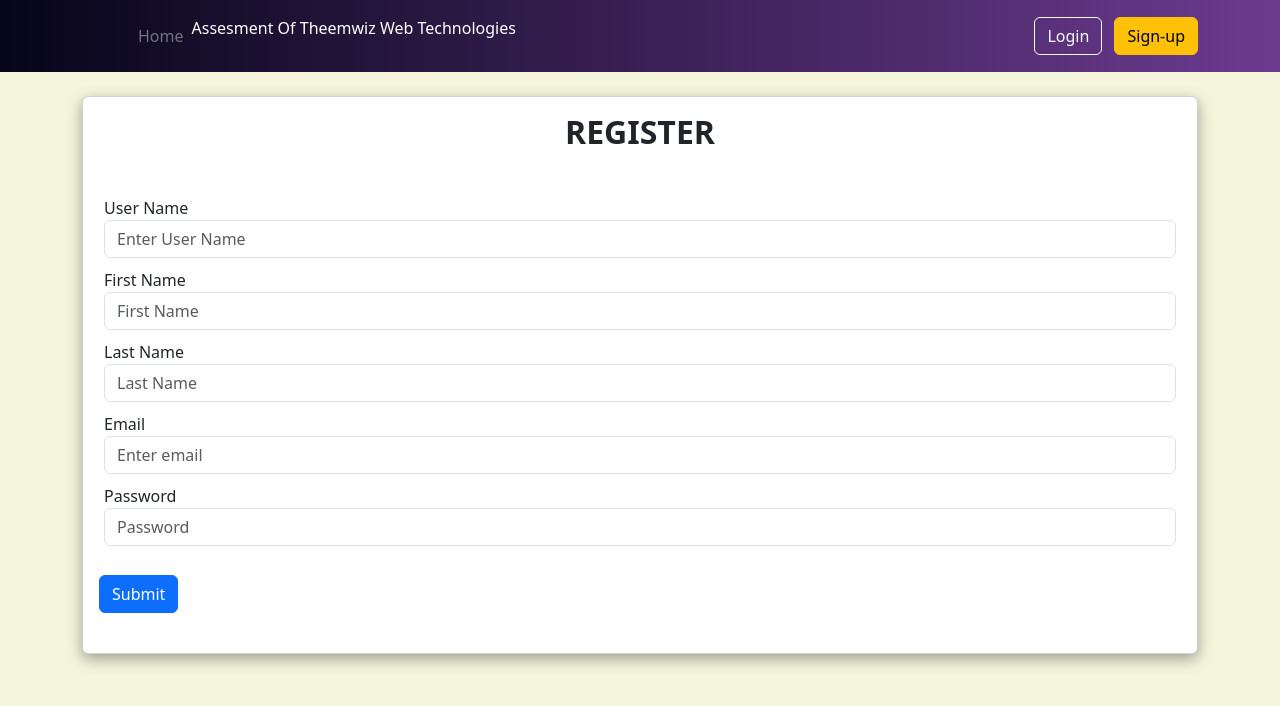
Repository: professorsourabh/php_membership
Page: index.html
These files come from the project's save history. The page is drawn as it stood at one moment and after the next save; the edit follows.
The browser window is 1280 px wide. The pictures show the whole page.

Above is the page before, as saved 2023-07-08 17:30:23.

### index.html
<html lang="en">
<head>
    <meta charset="UTF-8">
    <meta name="viewport" content="width=device-width, initial-scale=1.0">
    <title>Assesment</title>
    <link href="https://cdn.jsdelivr.net/npm/bootstrap@5.3.0/dist/css/bootstrap.min.css" rel="stylesheet" integrity="sha384-9ndCyUaIbzAi2FUVXJi0CjmCapSmO7SnpJef0486qhLnuZ2cdeRhO02iuK6FUUVM" crossorigin="anonymous">
    <link rel="stylesheet" href="index.css"></link>
</head>
<body>
    <header class="p-3 bg-dark text-white">
        <div class="container">
          <div class="d-flex flex-wrap align-items-center justify-content-center justify-content-lg-start">
            <a href="/" class="d-flex align-items-center mb-2 mb-lg-0 text-white text-decoration-none">
              <svg class="bi me-2" width="40" height="32" role="img" aria-label="Bootstrap"><use xlink:href="#bootstrap"/></svg>
            </a>

            <ul class="nav col-12 col-lg-auto me-lg-auto mb-2 justify-content-center mb-md-0">
              <li><a href="#" class="nav-link px-2 text-secondary">Home</a></li>
              <div class="text-center">
                Assesment Of Theemwiz Web Technologies
            </div>
            </ul>



            <div class="text-end">
              <button type="button" class="btn btn-outline-light me-2">Login</button>
              <button type="button" class="btn btn-warning">Sign-up</button>
            </div>
          </div>
        </div>
      </header>
      <div class="container my-4">
        <div class="card my-4" style="box-shadow: rgba(0, 0, 0, 0.35) 0px 5px 15px;">
            <div class="card-heading text-center my-3 mx-2">
                <h2 class="text-uppercase fw-bold">Register</h2>
            </div>
            <div class="card-body">

        <form method="post" action="">
            <div class="form-group">
                <label for="exampleInputusername">User Name</label>
                <input type="text" class="form-control" name="username" id="username" placeholder="Enter User Name">
              </div>

              <div class="form-group">
                <label for="exampleInputfirst_name">First Name</label>
                <input type="text" class="form-control" name="firstname" id="first_name" placeholder="First Name">
              </div>
              <div class="form-group">
                <label for="exampleInputlast_name">Last Name</label>
                <input type="text" name="lastname" class="form-control" id="last_name" placeholder="Last Name">
              </div>

            <div class="form-group">
              <label for="exampleInputEmail">Email</label>
              <input type="email" class="form-control" name="email" id="email"  placeholder="Enter email">

            </div>


              <div class="form-group">
                <label for="exampleInputPassword">Password</label>
                <input type="password" class="form-control" name="password" id="exampleInputPassword" placeholder="Password">
              </div>


            <button type="submit" class="btn btn-primary my-4">Submit</button>
          </form>

            </div>
        </div>

    </div>






    <script src="https://cdn.jsdelivr.net/npm/bootstrap@5.3.0/dist/js/bootstrap.bundle.min.js" integrity="sha384-geWF76RCwLtnZ8qwWowPQNguL3RmwHVBC9FhGdlKrxdiJJigb/j/68SIy3Te4Bkz" crossorigin="anonymous"></script>
</body>
</html>

### index.css
*{
    padding: 0;
    margin: 0;
}

body{

    background-color: beige;
}
header{
    background: rgb(5,4,24);
    background: linear-gradient(90deg, rgba(5,4,24,0.9557072829131653) 0%, rgba(134,66,179,0.7400210084033614) 100%);
}
.registration-part{

    padding: 50px;

}
div.form-group{
    padding: 5px;
}

After the next save:
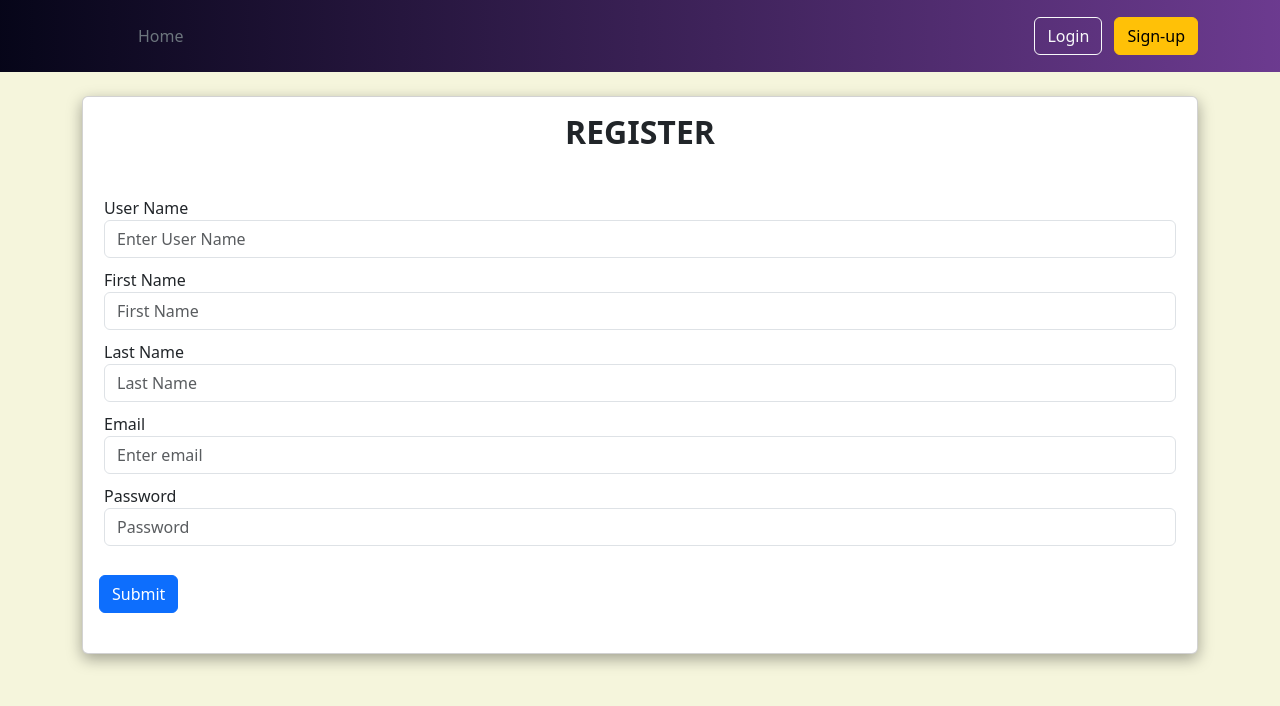
Saved 8 s later.
--- a/index.html
+++ b/index.html
@@ -16,9 +16,7 @@
 
             <ul class="nav col-12 col-lg-auto me-lg-auto mb-2 justify-content-center mb-md-0">
               <li><a href="#" class="nav-link px-2 text-secondary">Home</a></li>
-              <div class="text-center">
-                Assesment Of Theemwiz Web Technologies
-            </div>
+
             </ul>
 
 
